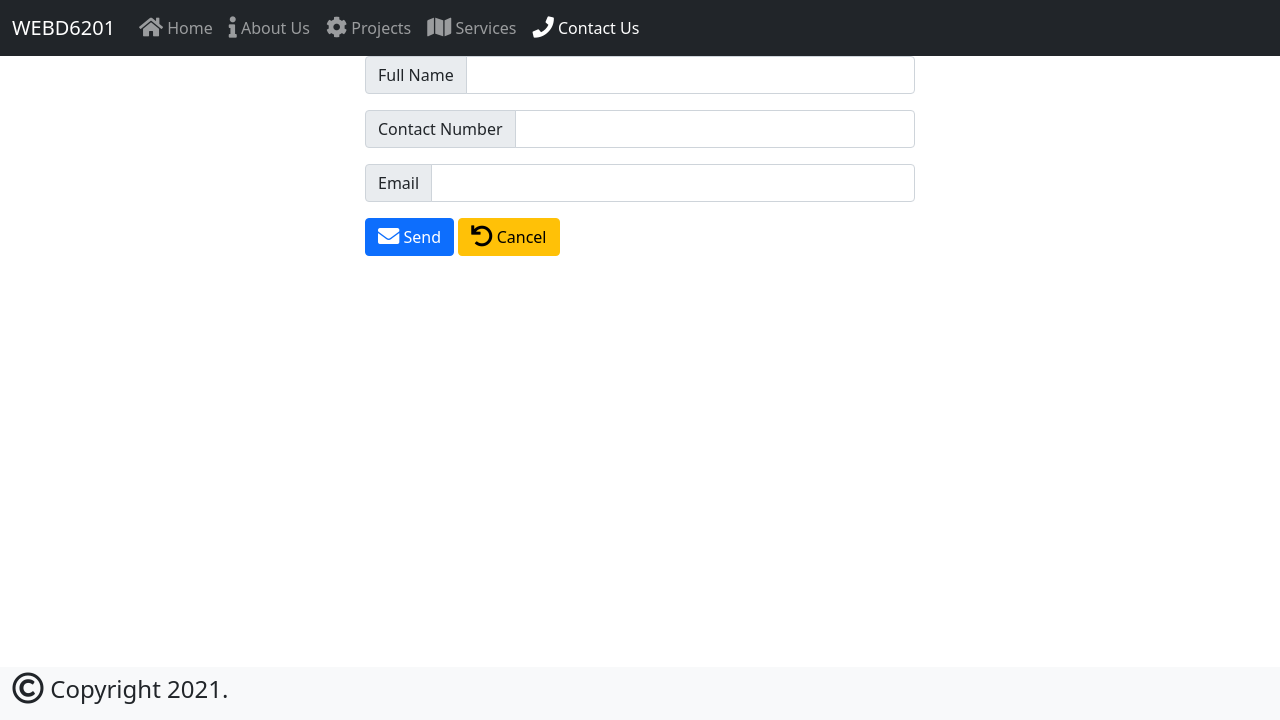
Repository: MuzhdaEhsan/WEBD6201-W2021-Lab1
Page: user.html
The author's editor kept a copy of each file at every save. The page is drawn from the files as they stood at one save, then again after the next save.
The browser window is 1280 px wide. The pictures show the whole page.

Above is the page before, as saved 2021-02-05 23:49:52.

### user.html
<!DOCTYPE html>
<html lang="en">
<head>
    <meta charset="UTF-8">
    <meta name="viewport" content="width=device-width, initial-scale=1.0">

    <!-- CSS Section -->
    <link rel="stylesheet" href="./node_modules/bootstrap/dist/css/bootstrap.min.css">
    <link rel="stylesheet" href="./node_modules/@fortawesome/fontawesome-free/css/all.min.css">
    <link rel="stylesheet" href="./Content/app.css">
</head>
<body>
    <!-- Main Header -->
    <header>
        <!-- Main Navigation -->
        <nav class="navbar navbar-expand-lg navbar-dark bg-dark">
            <div class="container-fluid">
              <a class="navbar-brand" href="index.html">WEBD6201</a>
              <button class="navbar-toggler" type="button" data-bs-toggle="collapse" data-bs-target="#navbarSupportedContent" aria-controls="navbarSupportedContent" aria-expanded="false" aria-label="Toggle navigation">
                <span class="navbar-toggler-icon"></span>
              </button>
              <div class="collapse navbar-collapse" id="navbarSupportedContent">
                <ul class="navbar-nav me-auto mb-2 mb-lg-0">
                  <li class="nav-item">
                    <a class="nav-link" aria-current="page" href="index.html"><i class="fas fa-home fa-lg"></i> Home</a>
                  </li>

                  <li class="nav-item">
                    <a class="nav-link" aria-current="page" href="about.html"><i class="fas fa-info fa-lg"></i> About Us</a>
                  </li>

                  <li class="nav-item">
                    <a class="nav-link" aria-current="page" href="projects.html"><i class="fas fa-cog fa-lg"></i> Projects</a>
                  </li>

                  <li class="nav-item">
                    <a class="nav-link" aria-current="page" href="services.html"><i class="fas fa-map fa-lg"></i> Services</a>
                  </li>

                  <li class="nav-item">
                    <a class="nav-link active" aria-current="page" href="contact.html"><i class="fas fa-phone fa-lg"></i> Contact Us</a>
                  </li>
                </ul>
              </div>
            </div>
          </nav>
    </header>

    <!-- Main Content -->
    <main class="container">

        <div id="messageArea"></div>

        <div class="row justify-content-lg-center g-3">
          <form class="col-lg-6 col-md-10 col-sm-10">

            <div class="input-group mb-3">
              <span class="input-group-text" id="inputGroup-sizing-default">Full Name </span>
              <input id="fullName" type="text" class="form-control" aria-label="Full Name" aria-describedby="Full Name Input"
              name="fullName" required>
            </div>

            <div class="input-group mb-3">
              <span class="input-group-text" id="inputGroup-sizing-default">Contact Number</span>
              <input id="contactNumber" type="tel" class="form-control" aria-label="Contact Number" aria-describedby="Contact Number Input"
              name="contactNumber" required>
            </div>

            <div class="input-group mb-3">
              <span class="input-group-text" id="inputGroup-sizing-default">Email</span>
              <input id="emailAddress" type="email" class="form-control" aria-label="Email Address" aria-describedby="Email Address Input"
              name="emailAddress" required>
            </div>

            <button id="sendButton" type="submit" class="btn btn-primary"><i class="fas fa-envelope fa-lg"></i> Send</button>
            <button id="cancelButton" type="reset" class="btn btn-warning"><i class="fas fa-undo fa-lg"></i> Cancel</button>
          </form>




        </div>
    </main>

    <!-- Main Footer -->
    <footer>
        <nav class="navbar fixed-bottom navbar-light bg-light">
            <div class="container-fluid">
              <h4><i class="far fa-copyright fa-lg"></i> Copyright 2021.</h4>
            </div>
          </nav>
    </footer>

    <!-- Script Section-->
    <script src="./node_modules/jquery/dist/jquery.min.js"></script>
    <script src="./node_modules/bootstrap/dist/js/bootstrap.bundle.min.js"></script>
    <script src="./Scripts/contact.js"></script>
    <script src="./Scripts/app.js"></script>
</body>
</html>

### Scripts/contact.js

"use strict";
// contact class
class Contact
{
  // getters and Setters for private variables
  get FullName()
  {
    return this.m_fullName;
  }
  set FullName(value)
  {
    this.m_fullName = value;
  }
  get ContactNumber()
  {
    return this.m_contactNumber;
  }
  set ContactNumber(value)
  {
    this.m_contactNumber = value;
  }
  get EmailAddress()
  {
    return this.m_emailAddress;
  }
  set EmailAddress(value)
  {
    this.m_emailAddress = value;
  }

  // constructor
  /**
   *
   * @param {string} fullName
   * @param {string} contactNumber
   * @param {string} emailAddress
   */
  constructor(fullName = "", contactNumber = "", emailAddress = "")
  {
    this.FullName = fullName;
    this.ContactNumber = contactNumber;
    this.EmailAddress = emailAddress;
  }
  /**
   * this method override the built-in toString for the Contact class
   * @returns {string}
   */
  toString()
  {
    return `Full Name:     ${this.m_fullName}\nContact Number: ${this.m_contactNumber}\nEmail Address: ${this.m_emailAddress}`;
  }

  /**
   * this method returns a json object
   */
  toJSON()
  {
    return{
      "fullName": this.FullName,
      "contactNumber": this.ContactNumber,
      "emailAddress": this.EmailAddress
    }
  }

  /**
   * this method converts the contact into a comma separated value string
   * @params {string}
   */
  serialize()
  {

    if (this.fullName !== "" && this.ContactNumber !== "" && this.EmailAddress !== "")
    {
      return `${this.FullName},${this.ContactNumber},${this.EmailAddress}`;
    }

    else
    {
      console.error("One or more properties are empty!");
      return null;
    }

  }
/**
 * this method takes the comma separated data string and assigns the values to the contact class properties
 * @param {string} data
 * @return {void}
 */
  deserialize(data)
  {
      let propertyArray = data.split(",");
      this.FullName = propertyArray[0];
      this.ContactNumber = propertyArray[1];
      this.EmailAddress = propertyArray[2];
  }
}

### Scripts/app.js
/*
@author: Muzhda Ehsan
@date: 27-Jan-2021
*/
/* custom JavaScript goes here */

//IIFE - Immediately Invoked Function Expression
//AKA - Anonymous Self-Executing Function
//Closure - limits scope leak

"use strict";

let myContact =
{
  "firstName":"Muzhda",
  "contactNumber":"234234",
  "emailAddress":"muzhda@gmail.com",
  "saysHello":function()
  {
    console.log(`${fullName} says Hello`);
  },
  "someOtherObject": {
    "friendsList": [
      "Peter Parker", "Tony Stark", "Stephen Strange"
    ]
  }
};


(function()
{




    function displayHome()
    {
      let imageSize = "1500px 7000px";
      let imageUrl2 = `url('./grayImage.png')`;
      //document.body.style.backgroundImage = "url('./download.jpg')";
      let bodyImage = document.body.style;
      bodyImage.backgroundSize = imageSize;
      bodyImage.backgroundImage = imageUrl2;



        //let paragraphOneText =
         // "This is a simple site to demonstrate DOM Manipulation for ICE 1";

        //let paragraphOneElement = document.getElementById("paragraphOne");

        //paragraphOneElement.textContent = paragraphOneText;
        //paragraphOneElement.className = "fs-5";

        // Step 1. document.createElement
        let newParagraph = document.createElement("p");
        // Step 2. configure the element
        //newParagraph.setAttribute("id", "paragraphTwo");
        //newParagraph.textContent = "...And this is paragraph two";
        // Step 3. select the parent element
        let mainContent = document.getElementsByTagName("main")[0];
        // Step 4. Add / Insert the element
         mainContent.appendChild(newParagraph);

         let navItem = document.createElement("li");
         navItem.className = "nav-item";
         navItem.textContent = `<a class="nav-link" aria-current="page" href="HumanResource.html"><i class="fas fa-tags"></i> Human Resource</a>`;


        //newParagraph.className = "fs-6";

        // another way of injecting content
        //let paragraphDiv = document.createElement("div");
        //let paragraphThree = `<p id="paragraphThree" class="fs-7 fw-bold">And this is the Third Paragraph</p>`;
        //paragraphDiv.innerHTML = paragraphThree;

        // insertions

        // example of inserting before a node
        //newParagraph.before(paragraphDiv);

        // example of inserting after a node
        //newParagraph.after(paragraphDiv);


        // add image
        //let image = document.createElement("div");
        //let imageUrl = `<img src="./download.jpg" alt="Girl in a jacket" width="500" height="600">`;
        //image.innerHTML = imageUrl
        //newParagraph.before(image);

        // paragraph details
        let paragraphMain = document.createElement("div");
        let paragraphIndex = `<p id="mainParagraph" class="fs-7 fw-bold">I am a student at Durham College in Computer Programming Analyst program.
        I have a background of software developer in a company with senior developers.
        I have gained various experiences and I have my own ideas and views. I will try my best to work independently
        or to have my own company. I like the atmosphere of startups and entrepreneurship and I try not to be unaware of it</p>`;
        paragraphMain.innerHTML = paragraphIndex;

        newParagraph.before(paragraphMain);


        // deletions

        // example of removing a single element
        //paragraphOneElement.remove();

        // example of removeChild
        //mainContent.removeChild(paragraphOneElement);

        // update / modification
        //mainContent.firstElementChild.textContent = "Welcome Home!";

        //mainContent.innerHTML = `<h1 id="firstHeading">Welcome to WEBD6201 - Lab 2</h1>`;


    }

    function displayAbout()
    {

    }

    function displayProjects()
    {
      let newParagraph = document.createElement("p");

      // Step 3. select the parent element
      let mainContent = document.getElementsByTagName("main")[0];
      // Step 4. Add / Insert the element
       mainContent.appendChild(newParagraph);
      // add image
       let image = document.createElement("div");
       let imageUrl = `<img src="./thirdpic.PNG" alt="" width="300" height="300">`;
       image.innerHTML = imageUrl
       newParagraph.before(image);

       let paragraphMain = document.createElement("div");
       let paragraphIndex = `<p id="mainParagraph" class="fs-7 fw-bold">Tesla, Inc., is an American electric vehicle and clean energy company
        based in Palo Alto, California. This website was designed to show provide some information about Tesla.</p>`;
        paragraphMain.innerHTML = paragraphIndex;

        newParagraph.before(paragraphMain);

        // add image
       //let image2 = document.createElement("div");
       //let imageUrl2 = `<img src="./Untitled.png" alt="" width="300" height="300">`;

       //image.innerHTML = imageUrl2
       //newParagraph.after(image2);



    }

    function displayServices()
    {

    }

    function displayContact()
    {
        let messageArea = document.getElementById("messageArea");
        messageArea.hidden = true;

        // form validation
        let fullName = document.getElementById("fullName");
        fullName.addEventListener("blur", function() {
            if(fullName.value.length < 2)
            {
                fullName.focus();
                fullName.select();
                messageArea.hidden = false;
                messageArea.className = "alert alert-danger";
                messageArea.textContent = "Please enter an appropriate Name";
            }
            else
            {
                messageArea.removeAttribute("class");
                messageArea.hidden = true;
            }
        });

        let sendButton = document.getElementById("sendButton");
        sendButton.addEventListener("click", function(event){
           // event.preventDefault();

            let contact = new Contact(fullName.value, contactNumber.value, emailAddress.value);

            if(contact.serialize())
            {
              localStorage.setItem((localStorage.length + 1).toString(), contact.serialize());

            }

            //console.log(contact.toString());
            //console.log(contact.serialize());
        });
    }

    function displayContactList()
    {
      if (localStorage.length > 0)
      {
        let contactList = document.getElementById("contactList");

        let data = "";

        for (let index = 0; index < localStorage.length; index++)
        {
          let contactData = localStorage.getItem((index + 1).toString());

          console.log(contactData);
          let contact = new Contact();
          contact.deserialize(contactData);

          data += `<tr>
          <th scope="row">${index + 1}</th>
          <td>${contact.FullName}</td>
          <td>${contact.ContactNumber}</td>
          <td>${contact.EmailAddress}</td>
        </tr>`;
        }

        contactList.innerHTML = data;
      }


    }

    function Start()
    {
        console.log("App Started...");

        switch (document.title)
        {
          case "Home":
              displayHome();
            break;
          case "About":
              displayAbout();
            break;
          case "Projects":
              displayProjects();
            break;
          case "Services":
              displayServices();
            break;
          case "Contact":
              displayContact();
            break;
            case "Contact-List":
              displayContactList();
            break;
        }

    }

    window.addEventListener("load", Start);

})();

Loaded but not shown: node_modules/bootstrap/dist/css/bootstrap.min.css (library); node_modules/@fortawesome/fontawesome-free/css/all.min.css (library); Content/app.css (common file); node_modules/jquery/dist/jquery.min.js (library); node_modules/bootstrap/dist/js/bootstrap.bundle.min.js (library)

After the next save:
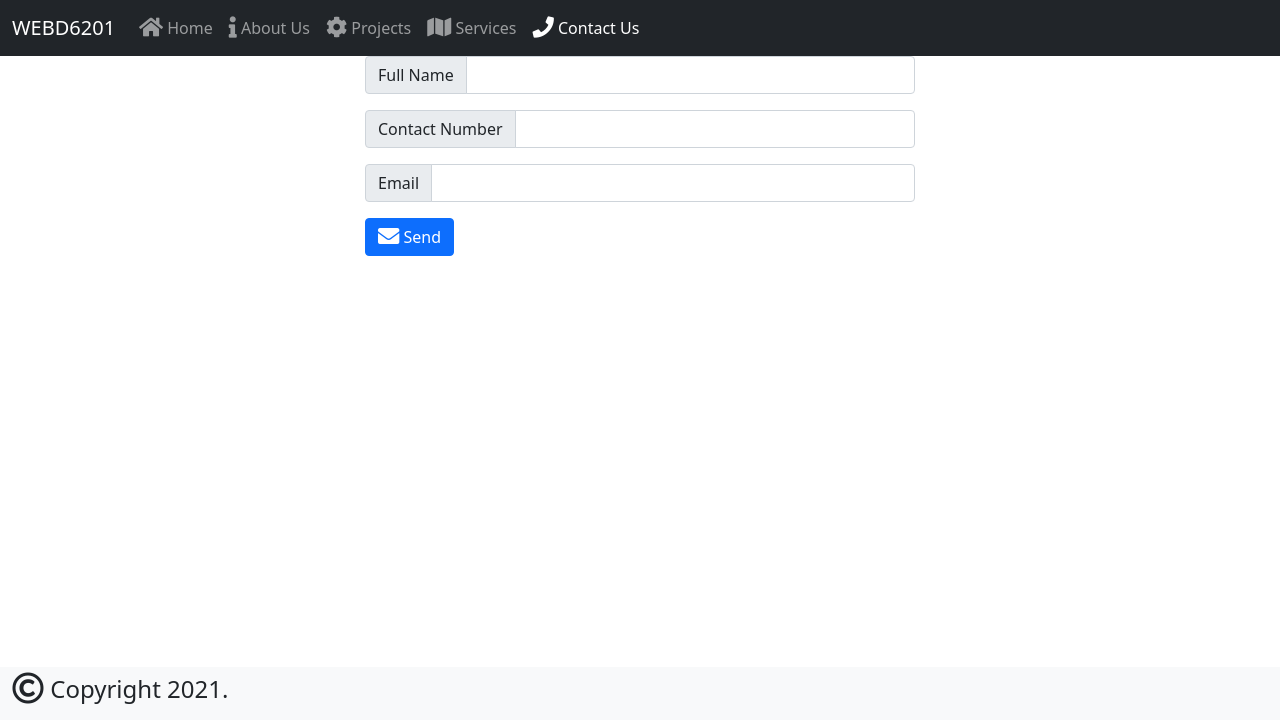
Saved 13 s later.
--- a/user.html
+++ b/user.html
@@ -73,7 +73,7 @@
             </div>
 
             <button id="sendButton" type="submit" class="btn btn-primary"><i class="fas fa-envelope fa-lg"></i> Send</button>
-            <button id="cancelButton" type="reset" class="btn btn-warning"><i class="fas fa-undo fa-lg"></i> Cancel</button>
+
           </form>
 
 
